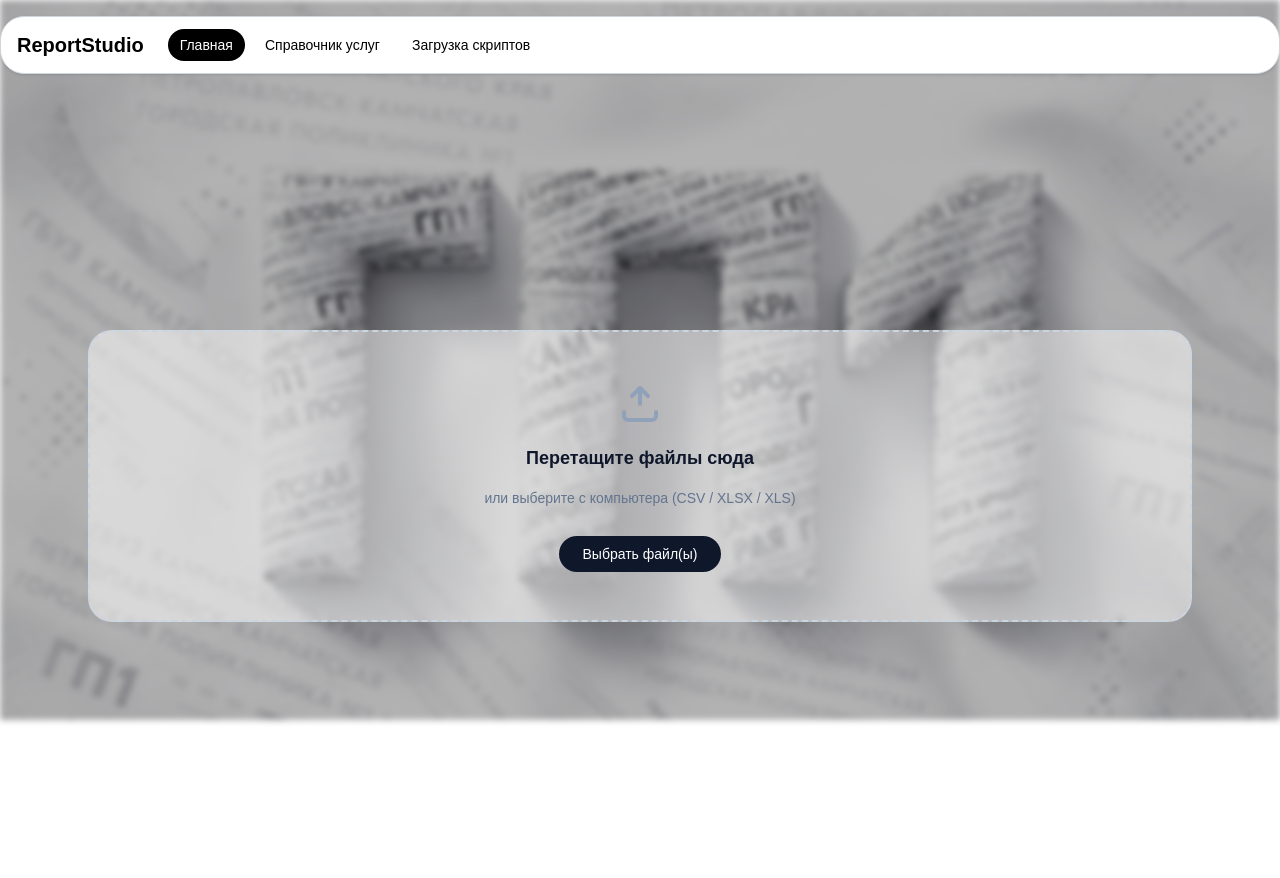
Repository: vladzap2423/report_studio_v2
Page: /
These files come from the project's save history. The page is drawn as it stood at one moment and after the next save; the edit follows.
The browser window is 1280 px wide. The pictures show the whole page.
The project was rebuilt for these pictures with package versions that can differ from the ones it lists, and the page was loaded fresh each time. The framework's server and built-in components were replaced by stand-ins that run in the browser. Also part of the build but not shown: next.config.ts, src/app/components/ScriptsList.tsx.

Above is the page before, as saved 2026-03-17 15:10:48.

After the next save:
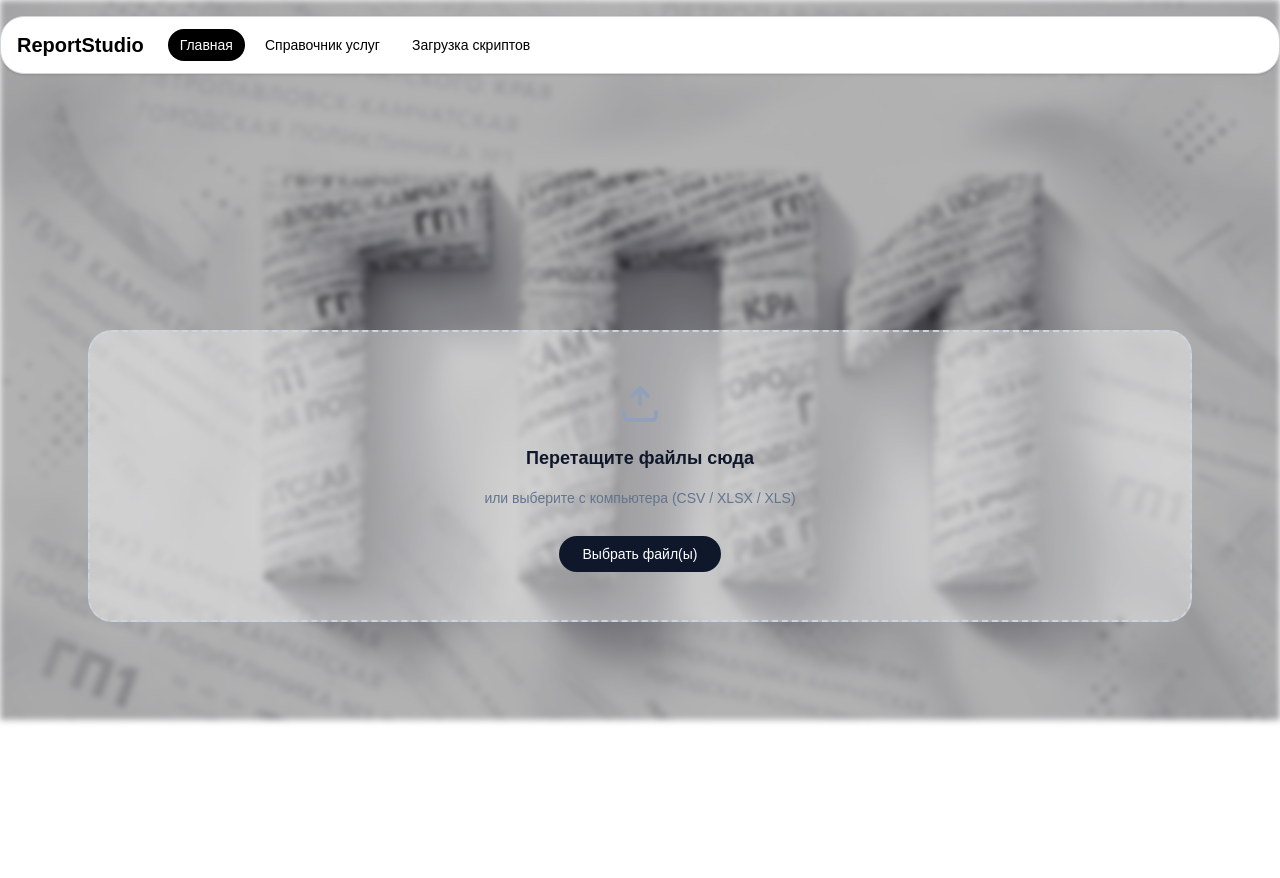
Saved 6 s later.
--- a/src/app/components/DropZone.tsx
+++ b/src/app/components/DropZone.tsx
@@ -57,7 +57,7 @@ export default function DropZone({ accept = ".csv,.xlsx,.xls", onFilesPicked }:
         onDrop={onDrop}
         className={`
     relative flex flex-col items-center justify-center gap-4 rounded-3xl border-2 border-dashed p-12 transition-all duration-300
-    ${isDragging ? "border-emerald-400 bg-white/20 shadow-lg" : "border-slate-300 bg-white/50 hover:border-slate-400 hover:shadow-md"}
+    ${isDragging ? "border-emerald-400 bg-white/20 shadow-lg" : "border-slate-300 bg-white/40 hover:border-slate-400 hover:shadow-md"}
   `}
       >
         <svg className="w-12 h-12 text-slate-400" fill="none" stroke="currentColor" viewBox="0 0 24 24">
